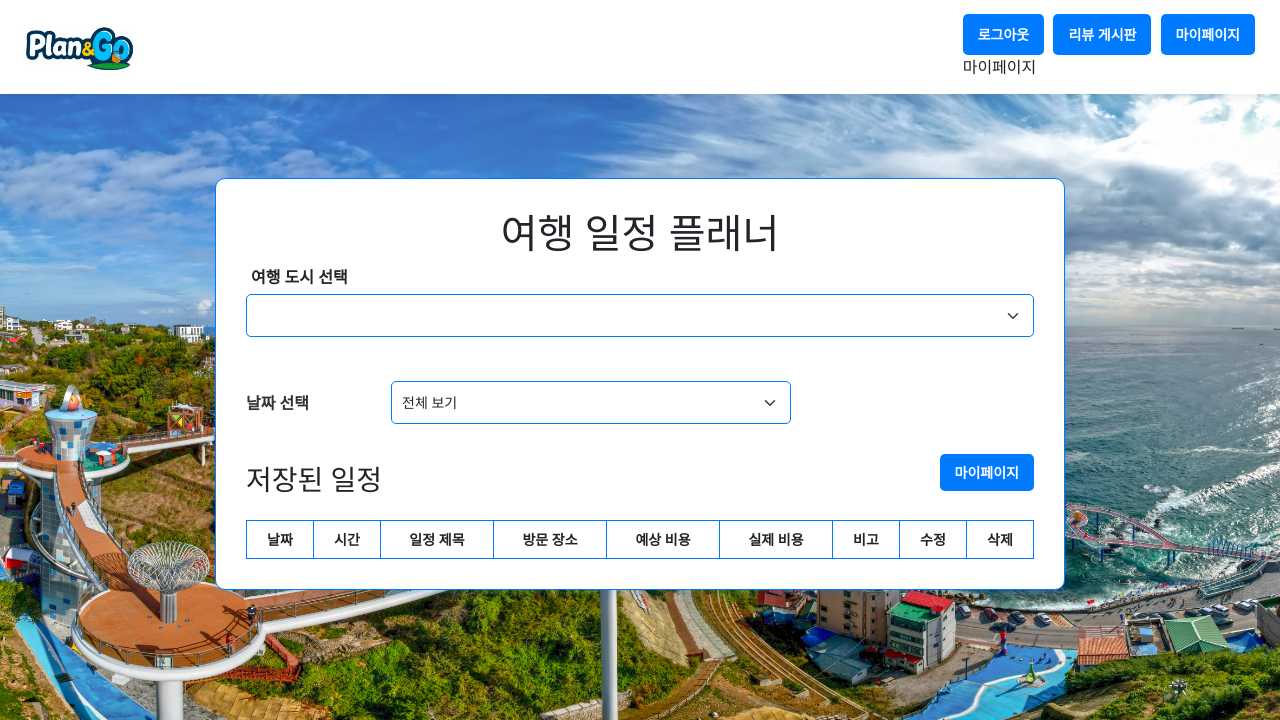
Repository: ParkHuiWoong/PlanandGo
Page: http://localhost/plan_and_go_Prj/WEB-INF/views/planner/planForm2.jsp
The author's editor kept a copy of each file at every save. The page is drawn from the files as they stood at one save, then again after the next save.
The browser window is 1280 px wide. The pictures show the whole page.
The page is served by Tomcat 9. Nobody is signed in. Other server files are loaded and not shown. The template is opened directly, without the code that normally fills it, so the values that code supplies are empty.

Above is the page before, as saved 2025-04-09 02:49:50.

### workspace_plan_and_go/plan_and_go/plan_and_go_Prj/src/main/webapp/WEB-INF/views/planner/planForm2.jsp
<%@page import="java.util.Calendar"%>
<%@page import="java.util.ArrayList"%>
<%@page import="java.text.SimpleDateFormat"%>
<%@page import="java.util.Date"%>
<%@ page language="java" contentType="text/html; charset=UTF-8"
	pageEncoding="UTF-8" isELIgnored="false"%>

<%@ taglib prefix="fmt" uri="http://java.sun.com/jsp/jstl/fmt"%>
<%@ taglib prefix="c" uri="http://java.sun.com/jsp/jstl/core"%>
<%@ taglib prefix="fn" uri="http://java.sun.com/jsp/jstl/functions"%>
<c:set var="contextPath" value="${pageContext.request.contextPath}" />
<c:set var="loggedInUser" value="${sessionScope.member}" />
<!-- 로그인한 사용자 정보 확인 -->
<%
	request.setCharacterEncoding("UTF-8");
String SCHEDULE_ID = request.getParameter("SCHEDULE_ID");
String group_id = request.getParameter("group_id");
%>
<!DOCTYPE html>
<html>
<head>
<meta charset="UTF-8">
<title>여행 일정 플래너</title>
<link rel="stylesheet" type="text/css"
	href="${contextPath}/resources/css/style.css">
<link rel="stylesheet"
	href="https://cdnjs.cloudflare.com/ajax/libs/bootstrap/5.3.0/css/bootstrap.min.css">
<script
	src="https://cdnjs.cloudflare.com/ajax/libs/bootstrap/5.3.0/js/bootstrap.bundle.min.js"></script>
</head>

<body id="planForm2" style="background-image: url('${contextPath}/resources/image/plan.jpeg'); background-size: cover; background-position: center;">
	<nav class="navbar navbar-expand-lg navbar-light">
		<a class="navbar-brand" href="${contextPath}/board/main.do">
		<img src="${contextPath}/resources/image/plan_and_go_logo.jpg" alt="Plan&Go 로고" class="logo">
		</a>
		<div class="ml-auto">
			<a class="btn btn-outline-primary"
						href="${contextPath}/member/logout.do">로그아웃</a>
			<!-- 로그아웃 링크 -->
			<a class="btn btn-outline-secondary"
			href="${contextPath}/review/list.do">리뷰 게시판</a>

			<a class="btn btn-outline-success" href="#" onclick="postToMyPage(); return false;">마이페이지</a>
			<!-- myPage POST 요청으로 수정 -->
			<form id="planFormMyPage" action="${contextPath}/board/myPage.do" method="POST">
				<input type="hidden" name="MEMBER_ID" value="${loggedInUser.MEMBER_ID}">마이페이지
			</form>
		</div>
	</nav>

	<div class="container mt-5">
		<h1>여행 일정 플래너</h1>
		<form
			action="${contextPath}/planner/clearSession.do?MEMBER_ID=${loggedInUser.MEMBER_ID}"
			method="POST">
			<!-- 도시 선택 -->
			<div class="mb-3">
				<label for="region" class="form-label">여행 도시 선택</label> <select
					id="region" name="region" class="form-select" required>
					<option value="${region}">${region}</option>
				</select>
			</div>

			<!-- 날짜 목록 -->
			<div class="list-group mt-4">
				<c:forEach items="${dateList}" var="dl">
					<button type="button"
						class="list-group-item list-group-item-action"
						data-bs-toggle="modal" data-bs-target="#scheduleModal"
						onclick="openScheduleModal('${dl}')">${dl}</button>
				</c:forEach>
			</div>

			<!-- 일정 생성 버튼 -->

		</form>

		<!-- 날짜 선택 드롭다운 -->
<div class="date-filter-container">
    <label class="date-label" for="filterDate">날짜 선택</label>
    <select id="filterDate" class="form-select date-select" onchange="filterSchedule()">
        <option value="">전체 보기</option>
        <c:set var="uniqueDates" value="" />
        <c:forEach var="activityFilter" items="${activityList}">
            <c:set var="formattedDate">
                <fmt:formatDate value='${activityFilter.ACTIVITY_DATE}' pattern='yyyy-MM-dd' />
            </c:set>
            <c:if test="${not fn:contains(uniqueDates, formattedDate)}">
                <option value="${formattedDate}">${formattedDate}</option>
                <c:set var="uniqueDates" value="${uniqueDates},${formattedDate}" />
            </c:if>
        </c:forEach>
    </select>
</div>



		<!-- 저장된 일정 목록 -->
		<div class="schedule-container">
			<h3 class="mt-4">저장된 일정</h3>
			<a href="${contextPath}/board/myPage.do?MEMBER_ID=${loggedInUser.MEMBER_ID}" class="mypage-btn">마이페이지</a>
		</div>
		<div id="scheduleList"></div>
		<table border="1" align="center" width="80%" id="scheduleTable">
			<thead>
				<tr align="center">
					<td><b>날짜</b></td>
					<td><b>시간</b></td>
					<td><b>일정 제목</b></td>
					<td><b>방문 장소</b></td>
					<td><b>예상 비용</b></td>
					<td><b>실제 비용</b></td>
					<td><b>비고</b></td>
					<td><b>수정</b></td>
					<td><b>삭제</b></td>
				</tr>
			</thead>
			<tbody>
				<c:forEach var="activity" items="${activityList}">
					<tr align="center"
						data-date="<fmt:formatDate value='${activity.ACTIVITY_DATE}' pattern='yyyy-MM-dd' />">
						<td><fmt:formatDate value="${activity.ACTIVITY_DATE}"
								pattern="yyyy-MM-dd" /></td>
						<td>${activity.ACTIVITY_TIME}</td>
						<td>${activity.ACTIVITY_NAME}</td>
						<td>${activity.PLACE_NAME}</td>
						<td>${activity.EXPECTED_COST}</td>
						<td>${activity.ACTUAL_COST}</td>
						<td>${activity.COMMENT}</td>
						<td><button type="button" class="btn btn-primary"
								data-bs-toggle="modal" data-bs-target="#scheduleUpdateModal"
								onclick="openUpdateScheduleModal('<fmt:formatDate value="${activity.ACTIVITY_DATE}" pattern="yyyy-MM-dd" />',
		                        '${activity.ACTIVITY_TIME}', '${activity.ACTIVITY_NAME}',
		                        '${activity.PLACE_NAME}', '${activity.EXPECTED_COST}',
		                        '${activity.ACTUAL_COST}', '${activity.ACTIVITY_ID}',
		                        '${activity.COMMENT}')">수정하기</button>
						</td>
						<td>
							<form action="${contextPath}/planner/removeActivity.do"
								method="post" onsubmit="return confirm('정말 삭제하시겠습니까?');">
								<input type="hidden" name="region" value="${region}">
								<input type="hidden" name="start_date" value="${start_date}">
								<input type="hidden" name="end_date" value="${end_date}">
								<input type="hidden" name="group_id" value="${group_id}">
								<input type="hidden" name="schedule_id" value="${schedule_id}">
								<input type="hidden" name="ACTIVITY_ID"
									value="${activity.ACTIVITY_ID}">
								<button type="submit" class="btn btn-danger">삭제하기</button>
							</form>
						</td>
					</tr>
				</c:forEach>
			</tbody>
		</table>


	</div>

	<!-- 일정 모달 -->
	<div class="modal fade" id="scheduleModal" tabindex="-1"
		aria-labelledby="scheduleModalLabel" aria-hidden="true">
		<div class="modal-dialog modal-lg">
			<div class="modal-content">
				<div class="modal-header">
					<h5 class="modal-title" id="scheduleModalLabel">일정 입력</h5>
					<button type="button" class="btn-close" data-bs-dismiss="modal"
						aria-label="Close"></button>
				</div>
				<div class="modal-body">
					<form action="${contextPath}/planner/saveActivity.do" method="POST">
						<input type="hidden" id="region" name="region" value="${region}" />
						<input type="hidden" name="SCHEDULE_ID" value="${schedule_id}" />
						<input type="hidden" name="group_id" value="${group_id}" /> <input
							type="hidden" name="start_date" value="${start_date}" /> <input
							type="hidden" name="end_date" value="${end_date}" />

						<!-- 선택된 날짜 -->
						<div class="mb-3">
							<label for="ACTIVITY_DATE" class="form-label">선택된 날짜</label> <input
								type="text" id="ACTIVITY_DATE" name="ACTIVITY_DATE"
								class="form-control" readonly>
						</div>

						<!-- 선택된 시간 -->
						<div class="mb-3">
							<label for="scheduleTime" class="form-label">시간</label> <input
								type="time" id="ACTIVITY_TIME" name="ACTIVITY_TIME"
								class="form-control" required>
						</div>

						<!-- 일정 제목 -->
						<div class="mb-3">
							<label for="scheduleTitle" class="form-label">일정 제목</label> <input
								type="text" id="ACTIVITY_NAME" name="ACTIVITY_NAME"
								class="form-control" required>
						</div>

						<!-- 방문 장소 선택 -->
						<div class="mb-3">
							<label for="schedulePlace" class="form-label">방문 장소 선택</label>
							<div class="d-flex">
								<input type="text" id="PLACE_NAME" name="PLACE_NAME"
									class="form-control" placeholder="선택된 장소" readonly required>
								<button type="button" class="btn btn-secondary ms-2"
									data-bs-toggle="modal" data-bs-target="#placeListModal">장소
									선택</button>
							</div>
						</div>

						<!-- 예상 비용 -->
						<div class="mb-3">
							<label for="estimatedCost" class="form-label">예상 비용</label> <input
								type="number" id="EXPECTED_COST" name="EXPECTED_COST"
								class="form-control" placeholder="예상 비용을 입력해주세요" required>
						</div>

						<!-- 실제 비용 -->
						<div class="mb-3">
							<label for="actualCost" class="form-label">실제 비용</label> <input
								type="number" id="ACTUAL_COST" name="ACTUAL_COST"
								class="form-control" placeholder="실제 비용을 입력해주세요">
						</div>

						<!-- 비고 -->
						<div class="mb-3">
							<label for="comment" class="form-label">비고</label>
							<textarea id="COMMENT" name="COMMENT" class="form-control"
								placeholder="50자 까지 입력 가능합니다." rows="4" maxlength="50"></textarea>
						</div>

						<button type="submit" class="btn btn-primary">일정 저장</button>
					</form>
				</div>
			</div>
		</div>
	</div>

	<!-- 일정 수정 모달 -->
	<div class="modal fade" id="scheduleUpdateModal" tabindex="-1"
		aria-labelledby="scheduleUpdateModalLabel" aria-hidden="true">
		<div class="modal-dialog modal-lg">
			<div class="modal-content">
				<div class="modal-header">
					<h5 class="modal-title" id="scheduleUpdateModalLabel">일정 수정</h5>
					<button type="button" class="btn-close" data-bs-dismiss="modal"
						aria-label="Close"></button>
				</div>
				<div class="modal-body">
					<form action="${contextPath}/planner/updateActivity.do"
						method="POST">
						<input type="hidden" id="region" name="region" value="${region}" />
						<input type="hidden" name="SCHEDULE_ID" value="${schedule_id}" />
						<input type="hidden" name="group_id" value="${group_id}" /> <input
							type="hidden" name="start_date" value="${start_date}" /> <input
							type="hidden" name="end_date" value="${end_date}" /> <input
							type="hidden" id="ACTIVITY_ID" name="ACTIVITY_ID" />

						<!-- 선택된 날짜 -->
						<div class="mb-3">
							<label for="ACTIVITY_DATE" class="form-label">선택된 날짜:</label> <input
								type="text" id="UPDATE_ACTIVITY_DATE"
								name="UPDATE_ACTIVITY_DATE" class="form-control"
								placeholder="YYYY-MM-DD" required>
						</div>

						<!-- 선택된 시간 -->
						<div class="mb-3">
							<label for="scheduleTime" class="form-label">시간:</label> <input
								type="time" id="UPDATE_ACTIVITY_TIME"
								name="UPDATE_ACTIVITY_TIME" class="form-control" required>
						</div>

						<!-- 일정 제목 -->
						<div class="mb-3">
							<label for="scheduleTitle" class="form-label">일정 제목:</label> <input
								type="text" id="UPDATE_ACTIVITY_NAME"
								name="UPDATE_ACTIVITY_NAME" class="form-control" required>
						</div>

						<!-- 방문 장소 선택 -->
						<div class="mb-3">
							<label for="schedulePlace" class="form-label">방문 장소 선택:</label>
							<div class="d-flex">
								<input type="text" id="UPDATE_PLACE_NAME"
									name="UPDATE_PLACE_NAME" class="form-control"
									placeholder="선택된 장소" readonly required>
								<button type="button" class="btn btn-secondary ms-2"
									data-bs-toggle="modal" data-bs-target="#UpdatePlaceListModal">장소
									선택</button>
							</div>
						</div>

						<!-- 예상 비용 -->
						<div class="mb-3">
							<label for="estimatedCost" class="form-label">예상 비용:</label> <input
								type="number" id="UPDATE_EXPECTED_COST"
								name="UPDATE_EXPECTED_COST" class="form-control"
								placeholder="예상 비용을 입력해주세요" required>
						</div>

						<!-- 실제 비용 -->
						<div class="mb-3">
							<label for="actualCost" class="form-label">실제 비용:</label> <input
								type="number" id="UPDATE_ACTUAL_COST" name="UPDATE_ACTUAL_COST"
								class="form-control" placeholder="실제 비용을 입력해주세요">
						</div>

						<!-- 비고 -->
						<div class="mb-3">
							<label for="comment" class="form-label">비고:</label>
							<textarea id="UPDATE_COMMENT" name="UPDATE_COMMENT"
								class="form-control" placeholder="50자 까지 입력 가능합니다." rows="4"
								maxlength="50"></textarea>
						</div>

						<button type="submit" class="btn btn-primary">일정 수정</button>
					</form>
				</div>
			</div>
		</div>
	</div>

	<!-- 장소 리스트 모달 -->
	<div class="modal fade" id="placeListModal" tabindex="-1"
		aria-labelledby="placeListModalLabel" aria-hidden="true">
		<div class="modal-dialog modal-lg">
			<div class="modal-content">
				<div class="modal-header">
					<h5 class="modal-title" id="placeListModalLabel">장소 리스트</h5>
					<button type="button" class="btn-close" data-bs-dismiss="modal"
						aria-label="Close"></button>
				</div>
				<div class="modal-body">
					<!-- 🔹 검색 입력창 추가 -->
					<input type="text" id="placeSearchInput" class="form-control mb-3"
						placeholder="장소 검색..." onkeyup="filterPlaces()">

					<!-- 카테고리 버튼 -->
					<div class="mb-3">
						<button class="btn btn-primary category-btn" data-category="all"
							data-modal="list">전체</button>
						<button class="btn btn-secondary category-btn" data-category="식당"
							data-modal="list">식당</button>
						<button class="btn btn-success category-btn" data-category="관광지"
							data-modal="list">관광지</button>
						<button class="btn btn-warning category-btn" data-category="숙소"
							data-modal="list">숙소</button>
					</div>

					<!-- 장소 리스트 -->
					<div class="row" id="placeContainer">

						<c:forEach items="${place}" var="placeList">
							<div class="mb-3 place-item"
								data-category="${placeList.category}">
								<img
									src="${contextPath}/resources/plan_and_go_image/place_image/${placeList.image}.jpg"
									alt="${placeList.name}" class="img-fluid"
									style="cursor: pointer;"
									onclick="showPlaceDetails('${placeList.name}', '${placeList.image}', '${placeList.info}')">
								<h6>${placeList.name}</h6>
							</div>
						</c:forEach>
					</div>
				</div>
			</div>
		</div>
	</div>

	<!-- 장소 수정 모달 -->
	<div class="modal fade" id="UpdatePlaceListModal" tabindex="-1"
		aria-labelledby="UpdatePlaceListModalLabel" aria-hidden="true">
		<div class="modal-dialog modal-lg">
			<div class="modal-content">
				<div class="modal-header">
					<h5 class="modal-title" id="UpdatePlaceListModalLabel">장소 리스트</h5>
					<button type="button" class="btn-close" data-bs-dismiss="modal"
						aria-label="Close"></button>
				</div>
				<div class="modal-body">
					<!-- 🔹 검색 입력창 추가 -->
					<input type="text" id="UpdatePlaceSearchInput"
						class="form-control mb-3" placeholder="장소 검색..."
						onkeyup="UpdateFilterPlaces()">

					<!-- 카테고리 버튼 -->
					<div class="mb-3">
						<button class="btn btn-primary category-btn" data-category="all"
							data-modal="update">전체</button>
						<button class="btn btn-secondary category-btn" data-category="식당"
							data-modal="update">식당</button>
						<button class="btn btn-success category-btn" data-category="관광지"
							data-modal="update">관광지</button>
						<button class="btn btn-warning category-btn" data-category="숙소"
							data-modal="update">숙소</button>
					</div>

					<!-- 장소 리스트 -->
					<div class="row" id="updatePlaceContainer">
						<c:forEach items="${place}" var="UpdatePlaceList">
							<div class="mb-3 update-place-item"
								data-category="${UpdatePlaceList.category}">
								<img
									src="${contextPath}/resources/plan_and_go_image/place_image/${UpdatePlaceList.image}.jpg"
									alt="${UpdatePlaceList.name}" class="img-fluid"
									style="cursor: pointer;"
									onclick="UpdateShowPlaceDetails('${UpdatePlaceList.name}', '${UpdatePlaceList.image}', '${UpdatePlaceList.info}')">
								<h6>${UpdatePlaceList.name}</h6>
							</div>
						</c:forEach>
					</div>
				</div>
			</div>
		</div>
	</div>

	<!-- 장소 상세 정보 모달 -->
	<div class="modal fade" id="placeModal" tabindex="-1"
		aria-labelledby="placeModalLabel" aria-hidden="true">
		<div class="modal-dialog modal-lg">
			<div class="modal-content">
				<div class="modal-header">
					<h5 class="modal-title" id="placeModalLabel">장소 상세 정보</h5>
					<button type="button" class="btn-close" data-bs-dismiss="modal"
						aria-label="Close"></button>
				</div>
				<div class="modal-body">
					<!-- 장소 상세 내용 -->
					<img id="detailImage" src="" alt="" class="img-fluid mb-3">
					<h5 id="detailName"></h5>
					<p id="detailInfo"></p>
				</div>
				<div class="modal-footer">
					<button type="button" class="btn btn-primary"
						onclick="selectPlace()">선택하기</button>
					<button type="button" class="btn btn-secondary"
						data-bs-dismiss="modal">닫기</button>
				</div>
			</div>
		</div>
	</div>

	<!-- 장소 수정 상세 정보 모달 -->
	<div class="modal fade" id="UpdatePlaceModal" tabindex="-1"
		aria-labelledby="UpdatePlaceModalLabel" aria-hidden="true">
		<div class="modal-dialog modal-lg">
			<div class="modal-content">
				<div class="modal-header">
					<h5 class="modal-title" id="UpdatePlaceModalLabel">장소 상세 정보</h5>
					<button type="button" class="btn-close" data-bs-dismiss="modal"
						aria-label="Close"></button>
				</div>
				<div class="modal-body">
					<!-- 장소 상세 내용 -->
					<img id="updateDetailImage" src="" alt="" class="img-fluid mb-3">
					<h5 id="updateDetailName"></h5>
					<p id="updateDetailInfo"></p>
				</div>
				<div class="modal-footer">
					<button type="button" class="btn btn-primary"
						onclick="selectUpdatePlace()">선택하기</button>
					<button type="button" class="btn btn-secondary"
						data-bs-dismiss="modal">닫기</button>
				</div>
			</div>
		</div>
	</div>

	<script>
		let selectedPlaceName = '';
		let selectedDate = ""; // 선택된 날짜 저장 변수
		let datePlaceMap = {}; // 날짜별로 선택된 장소를 저장할 객체
		let scheduleList = []; // 저장된 일정 목록

		const urlParams = new URLSearchParams(window.location.search);
		if (urlParams.get("error") === "true") {
			alert("일정 저장 중 오류가 발생했습니다.");
		}

		document.addEventListener("DOMContentLoaded", function () {
		    let selectedCategoryList = "all"; // 장소 리스트 모달 기본 카테고리
		    let selectedCategoryUpdate = "all"; // 장소 수정 모달 기본 카테고리

		    // 카테고리 버튼 클릭 이벤트 추가
		    document.querySelectorAll(".category-btn").forEach(button => {
		        button.addEventListener("click", function () {
		            let category = this.getAttribute("data-category");
		            let modalType = this.getAttribute("data-modal");

		            if (modalType === "list") {
		                selectedCategoryList = category; // 선택된 카테고리 저장
		                filterPlaces(selectedCategoryList);
		            } else if (modalType === "update") {
		                selectedCategoryUpdate = category; // 선택된 카테고리 저장
		                UpdateFilterPlaces(selectedCategoryUpdate);
		            }
		        });
		    });

		    // 장소 리스트 모달 검색 이벤트
		    document.getElementById("placeSearchInput").addEventListener("keyup", function () {
		        filterPlaces(selectedCategoryList);
		    });

		    // 장소 수정 모달 검색 이벤트
		    document.getElementById("UpdatePlaceSearchInput").addEventListener("keyup", function () {
		        UpdateFilterPlaces(selectedCategoryUpdate);
		    });
		});

		function filterSchedule() {
		    var selectedDate = document.getElementById("filterDate").value;
		    var rows = document.querySelectorAll("#scheduleTable tbody tr"); // 일정 목록의 각 행 가져오기

		    rows.forEach(function(row) {
		        var activityDate = row.getAttribute("data-date"); // 각 행의 날짜 값 가져오기
		        if (selectedDate === "" || activityDate === selectedDate) {
		            row.style.display = ""; // 선택한 날짜와 같거나 전체 보기면 표시
		        } else {
		            row.style.display = "none"; // 선택한 날짜와 다르면 숨김
		        }
		    });
		}

		// 날짜 버튼 클릭 시 모달에 날짜 전달
		function openScheduleModal(date) {

			selectedDate = date; // 선택한 날짜 저장
			console.log(selectedDate);
			document.getElementById("ACTIVITY_DATE").value = selectedDate; // 모달의 날짜 입력 필드에 날짜 표시
			// 선택된 날짜에 해당하는 장소가 이미 선택되어 있으면, 해당 장소를 표시
			const placeName = datePlaceMap[selectedDate] || "";
			document.getElementById("PLACE_NAME").value = placeName;
		}

		function openUpdateScheduleModal(date, time, act_name, plc_name, exp_cost, act_cost, act_id, comment) {

			document.getElementById("UPDATE_ACTIVITY_DATE").value = date; // 모달의 날짜 입력 필드에 날짜 표시
			document.getElementById("UPDATE_ACTIVITY_TIME").value = time;
			document.getElementById("UPDATE_ACTIVITY_NAME").value = act_name;
			document.getElementById("UPDATE_PLACE_NAME").value = plc_name;
			document.getElementById("UPDATE_EXPECTED_COST").value = exp_cost;
			document.getElementById("UPDATE_ACTUAL_COST").value = act_cost;
			document.getElementById("ACTIVITY_ID").value = act_id;
			document.getElementById("UPDATE_COMMENT").value = comment;
		}

		function filterPlaces(category = "all") {
		    const input = document.getElementById("placeSearchInput").value.toLowerCase();
		    let places = document.querySelectorAll("#placeContainer .place-item");

		    places.forEach(place => {
		        let placeCategory = place.getAttribute("data-category");
		        let placeName = place.querySelector("h6").textContent.toLowerCase();

		        let categoryMatch = (category === "all" || placeCategory === category);
		        let searchMatch = placeName.includes(input);

		        place.style.display = (categoryMatch && searchMatch) ? "block" : "none";
		    });
		}

		function UpdateFilterPlaces(category = "all") {
		    const input = document.getElementById("UpdatePlaceSearchInput").value.toLowerCase();
		    let places = document.querySelectorAll("#updatePlaceContainer .update-place-item");

		    places.forEach(place => {
		        let placeCategory = place.getAttribute("data-category");
		        let placeName = place.querySelector("h6").textContent.toLowerCase();

		        let categoryMatch = (category === "all" || placeCategory === category);
		        let searchMatch = placeName.includes(input);

		        place.style.display = (categoryMatch && searchMatch) ? "block" : "none";
		    });
		}


		// 장소 상세 정보 모달에 표시
		function showPlaceDetails(name, image, info) {
			let imagePath = image.startsWith("http") ? image : `${contextPath}/resources/plan_and_go_image/place_image/` + image + `.jpg`;
			document.getElementById("detailName").textContent = name;
			document.getElementById("detailImage").src = imagePath;
			document.getElementById("detailInfo").textContent = info;
			selectedPlaceName = name;

			// 장소 상세 정보 모달 열기
			const placeModal = new bootstrap.Modal(document
					.getElementById('placeModal'));
			placeModal.show();
		}

		function UpdateShowPlaceDetails(name, image, info) {
			let imagePath = image.startsWith("http") ? image : `${contextPath}/resources/plan_and_go_image/place_image/` + image + `.jpg`;
			document.getElementById("updateDetailName").textContent = name;
			document.getElementById("updateDetailImage").src = imagePath;
			document.getElementById("updateDetailInfo").textContent = info;
			selectedPlaceName = name;

			// 장소 상세 정보 모달 열기
			const placeModal = new bootstrap.Modal(document
					.getElementById('UpdatePlaceModal'));
			placeModal.show();
		}

		// 장소 선택 함수
		function selectPlace() {
			if (!selectedPlaceName) {
				alert("장소를 선택해주세요.");
				return;
			}

			// 선택된 장소를 일정 모달에 반영
			document.getElementById("PLACE_NAME").value = selectedPlaceName;

			// 장소 리스트 모달 닫기
			const placeModal = bootstrap.Modal.getInstance(document
					.getElementById('placeModal'));
			const placeListModal = bootstrap.Modal.getInstance(document
					.getElementById('placeListModal'));

			if (placeModal)
				placeModal.hide();
			if (placeListModal)
				placeListModal.hide();

			// 일정 입력 모달 열기
			const scheduleModal = new bootstrap.Modal(document
					.getElementById('scheduleModal'));
			scheduleModal.show();
		}

		// 장소 수정 함수
		function selectUpdatePlace() {
			if (!selectedPlaceName) {
				alert("장소를 선택해주세요.");
				return;
			}

			// 선택된 장소를 일정 모달에 반영
			document.getElementById("UPDATE_PLACE_NAME").value = selectedPlaceName;

			// 장소 리스트 모달 닫기
			const placeModal = bootstrap.Modal.getInstance(document
					.getElementById('UpdatePlaceModal'));
			const placeListModal = bootstrap.Modal.getInstance(document
					.getElementById('UpdatePlaceListModal'));

			if (placeModal)
				placeModal.hide();
			if (placeListModal)
				placeListModal.hide();

			// 일정 입력 모달 열기
			const scheduleModal = new bootstrap.Modal(document
					.getElementById('scheduleUpdateModal'));
			scheduleModal.show();
		}
	</script>

</body>
</html>

Loaded but not shown: workspace_plan_and_go/plan_and_go/plan_and_go_Prj/src/main/webapp/resources/css/style.css (2578 lines, source omitted)

After the next save:
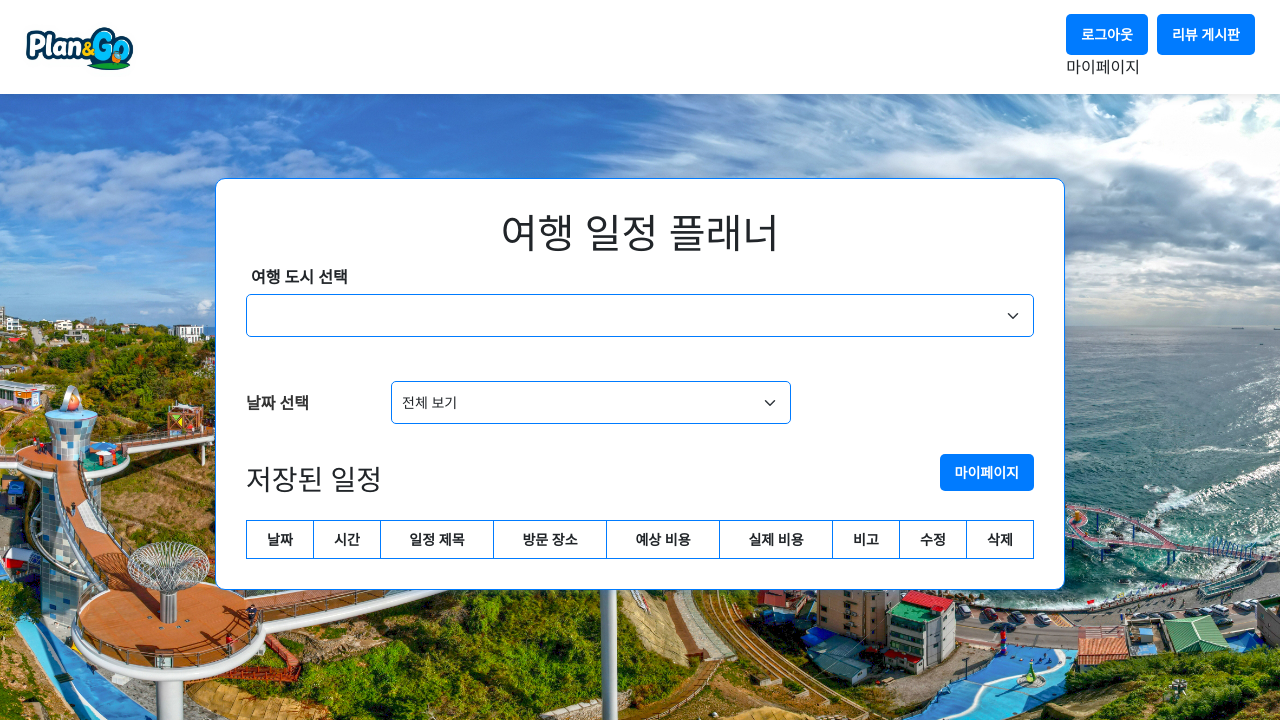
Saved 29 s later.
--- a/workspace_plan_and_go/plan_and_go/plan_and_go_Prj/src/main/webapp/WEB-INF/views/planner/planForm2.jsp
+++ b/workspace_plan_and_go/plan_and_go/plan_and_go_Prj/src/main/webapp/WEB-INF/views/planner/planForm2.jsp
@@ -41,7 +41,7 @@ String group_id = request.getParameter("group_id");
 			<a class="btn btn-outline-secondary"
 			href="${contextPath}/review/list.do">리뷰 게시판</a>
 
-			<a class="btn btn-outline-success" href="#" onclick="postToMyPage(); return false;">마이페이지</a>
+			<!-- <a class="btn btn-outline-success" href="#" onclick="postToMyPage(); return false;">마이페이지</a> -->
 			<!-- myPage POST 요청으로 수정 -->
 			<form id="planFormMyPage" action="${contextPath}/board/myPage.do" method="POST">
 				<input type="hidden" name="MEMBER_ID" value="${loggedInUser.MEMBER_ID}">마이페이지
